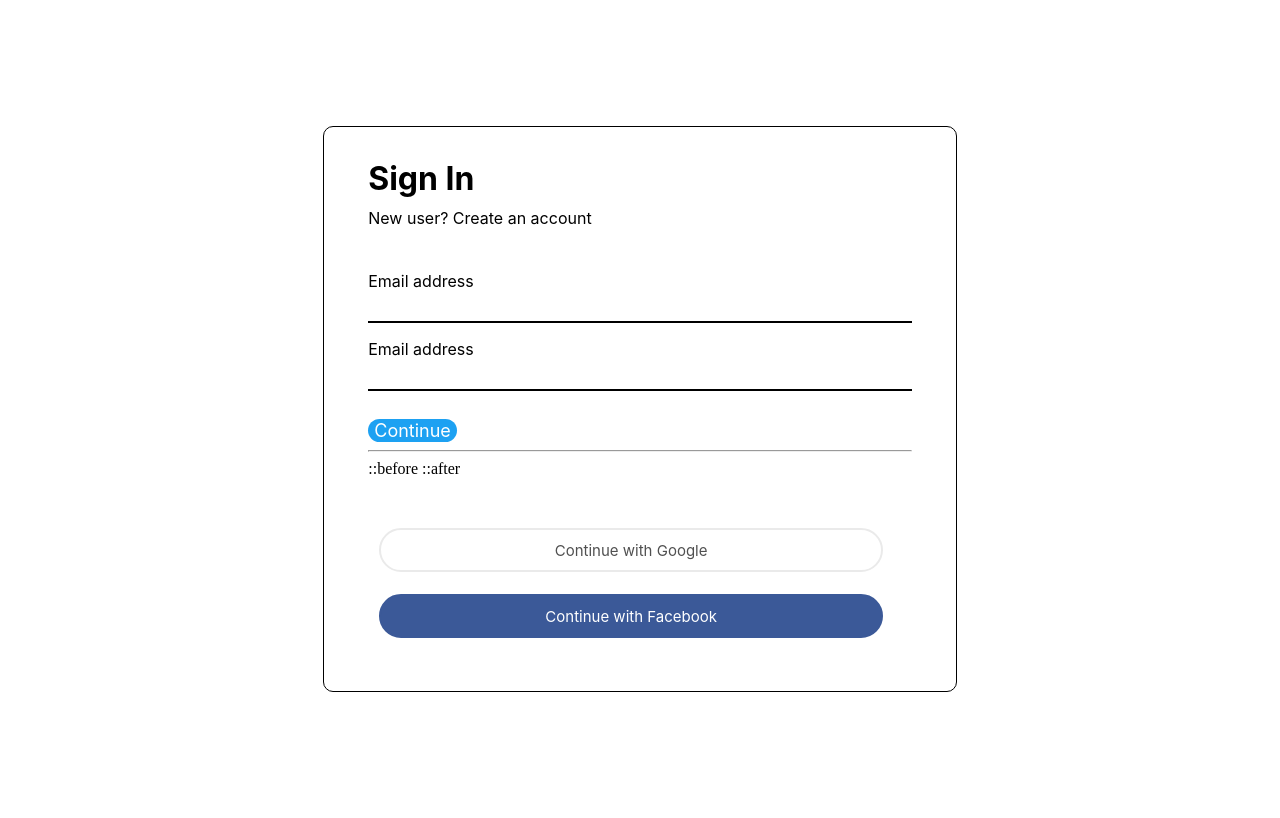
Repository: thangluu93/WereWolf
Page: Template/signIn.html
The author's editor kept a copy of each file at every save. The page is drawn from the files as they stood at one save, then again after the next save.
The browser window is 1280 px wide. The pictures show the whole page.

Above is the page before, as saved 2020-01-13 14:07:11.

### Template/signIn.html
<html>

<head>
    <title>Onion ID</title>
    <link rel="stylesheet" href="../Stylesheet/signInStyle.css">
</head>

<body id="body1">
    <div class="container" id="container1">
        <div class="containerBody" id="containerBody1">
            <div class="border" id="border1">
                <div class="content" id="content1">
                    <div class="contentHeader">
                        <h1 class="Heading">Sign In</h1>
                        <p class="subHead">New user? Create an account</p>
                    </div>
                    <div >
                        <div class="fieldContainer" >
                            <div >
                                <p style="margin-bottom: 0;"> Email address </p>
                                <input type="email" class="field">
                            </div>
                            <div >
                                <p style="margin-bottom: 0;"> Email address </p>
                                <input type="email" class="field">
                            </div>
                        </div>
                        <div class="emailContinue">
                            <button class="emailContinueBtn ">
                                <span>Continue</span>
                            </button>
                        </div>
                    </div>
                    <div class="contentFooter">
                        <hr data-content="or">
                        ::before
                        ::after
                        </hr>
                        <div class="socialSignIn" id="socialSignIn1">
                            <a href="" class="googleSignIn">
                                <!-- <svg viewBox="0 0 1152 1152" focusable="false" aria-hidden="true" role="img"
                                class="googleIconSvg">
                                <path
                                    d="M1055.994 594.42a559.973 559.973 0 0 0-8.86-99.684h-458.99V683.25h262.28c-11.298 60.918-45.633 112.532-97.248 147.089v122.279h157.501c92.152-84.842 145.317-209.78 145.317-358.198z"
                                    fill="#4285f4"></path>
                                <path
                                    d="M588.144 1070.688c131.583 0 241.9-43.64 322.533-118.07l-157.5-122.28c-43.64 29.241-99.463 46.52-165.033 46.52-126.931 0-234.368-85.728-272.691-200.919H152.636v126.267c80.19 159.273 245 268.482 435.508 268.482z"
                                    fill="#34a853"></path>
                                <path
                                    d="M315.453 675.94a288.113 288.113 0 0 1 0-185.191V364.482H152.636a487.96 487.96 0 0 0 0 437.724z"
                                    fill="#fbbc05"></path>
                                <path
                                    d="M588.144 289.83c71.551 0 135.792 24.589 186.298 72.88l139.78-139.779C829.821 144.291 719.504 96 588.143 96c-190.507 0-355.318 109.21-435.508 268.482L315.453 490.75c38.323-115.19 145.76-200.919 272.691-200.919z"
                                    fill="#ea4335"></path>
                            </svg> -->
                                <span>Continue with Google</span>
                            </a>
                            <a href="" class="facebookSignIn">
                                <!-- <svg viewBox="0 0 1152 1152" class="facebookIconSvg" aria-hidden="true" data-prefix="fab" data-icon="facebook-f"
                                role="img" xmlns="http://www.w3.org/2000/svg" viewBox="0 0 264 512" data-fa-i2svg="">
                                <path fill="currentColor"
                                    d="M76.7 512V283H0v-91h76.7v-71.7C76.7 42.4 124.3 0 193.8 0c33.3 0 61.9 2.5 70.2 3.6V85h-48.2c-37.8 0-45.1 18-45.1 44.3V192H256l-11.7 91h-73.6v229">
                                </path>
                            </svg> -->
                                <span>Continue with Facebook</span>

                            </a>

                        </div>
                    </div>
                </div>

            </div>
        </div>
    </div>
</body>

</html>

### Stylesheet/signInStyle.css
.containerBody{
    margin: 0;
    padding: 0;
    width: 100%;
}

#containerBody1{
  width: 100%;

}

#content1{

    display: flex;
    flex-direction: column;


}

.content{
    height: 90%;
    padding: 5% 7% 7% 7%;
}

.border{
    width: 50%;
    height: 80%;
}

#border1{
    border: 1px solid black;
    border-radius: 10px;   ;

    margin: 10% auto;
    justify-content: center;
    align-items: center;

}

.socialSignIn a{
    margin: 2%;
    width: 92%;
    height: 2.5rem;
    display: flex;
    align-items: center;
    justify-content: center;
    font-size: 15px;
}

.socialSignIn{
    margin-top: 2.5rem;
}

#socialSignIn1{
    display: flex;
    flex-direction: column;
}

.googleSignIn,.facebookSignIn,.twitterSignIn{
    border: 2px;
    border-style: solid;
    border-radius: 100px;
}

.subHead{
    margin: 10px 0 0 0;
}

.heading{
    margin: 0;
}

p {
    font-family: adobe-clean,"Source Sans Pro",-apple-system,BlinkMacSystemFont,"Segoe UI",Roboto,sans-serif;
}

h1{
    font-family: adobe-clean,"Source Sans Pro",-apple-system,BlinkMacSystemFont,"Segoe UI",Roboto,sans-serif;
    font-size: 32px;
}

span{
    font-family: adobe-clean,"Source Sans Pro",-apple-system,BlinkMacSystemFont,"Segoe UI",Roboto,sans-serif;
}

a{
    text-decoration: none;
}

.field{
    width: 100%;
    height: 2rem;
    margin:0;
    border-color: black;
    border-top: 0;
    border-left: 0;
    border-right: 0;
    border-bottom: 2px;
    border-style: solid;
    font-size: 16px;
    outline: none;
}

.fieldContainer{
    margin: 8% 0 5% 0;
}

.emailContinueBtn{
    border-radius: 100px;
    font-size: 18px;
    height: fit-content;
    width: fit-content;
    box-shadow: none;
    background-color: #1da1f2;
    color: white;
    border: none;
    outline: none;
}

.googleSignIn{
    border-color: #eaeaea;
    color: #505050;
}

.facebookSignIn{
    border-color:#3b5998;
    background-color: #3b5998;
    color: white;
}

.twitterSignIn{
    color: white;
    border-color: #1da1f2;
    background-color: #1da1f2;
}

After the next save:
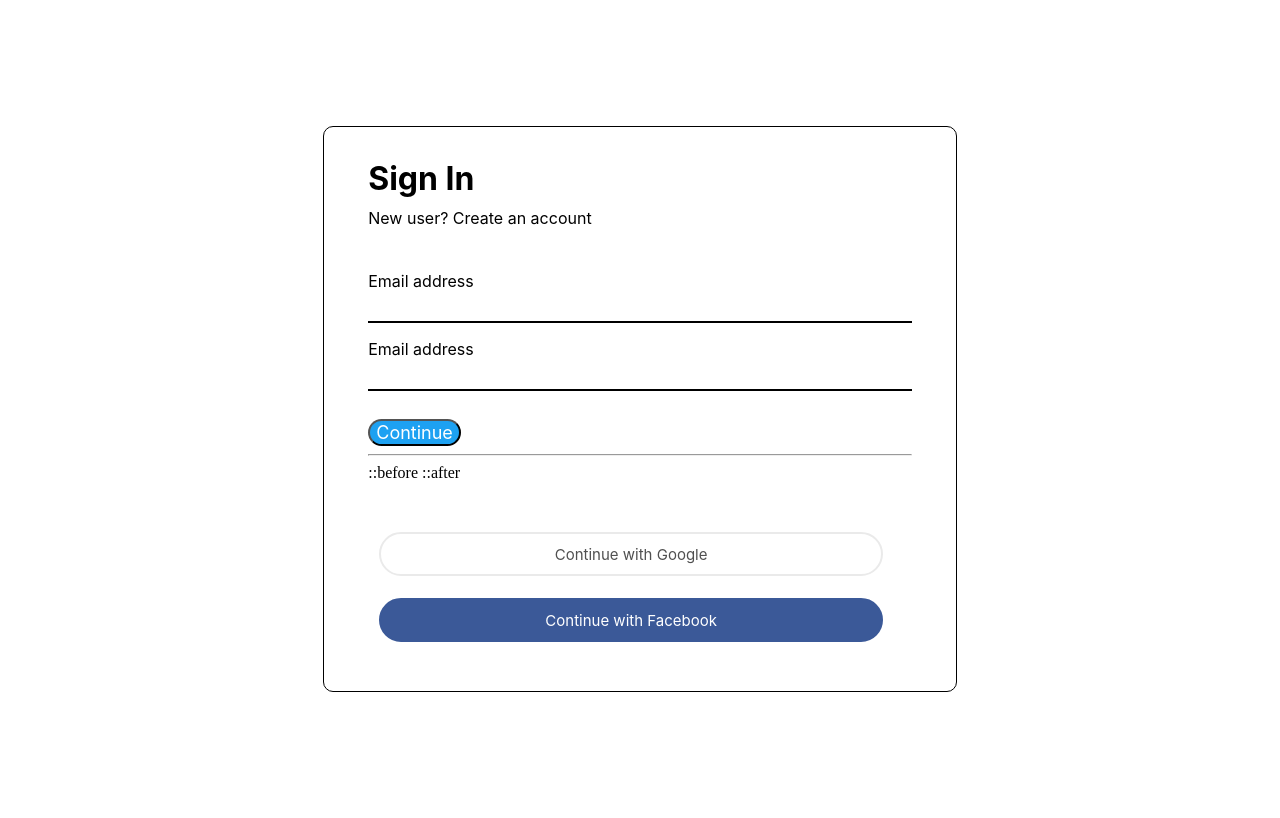
Saved 2 min 23 s later.
--- a/Stylesheet/signInStyle.css
+++ b/Stylesheet/signInStyle.css
@@ -113,8 +113,8 @@
     box-shadow: none;
     background-color: #1da1f2;
     color: white;
-    border: none;
     outline: none;
+
 }
 
 .googleSignIn{

After the save that followed:
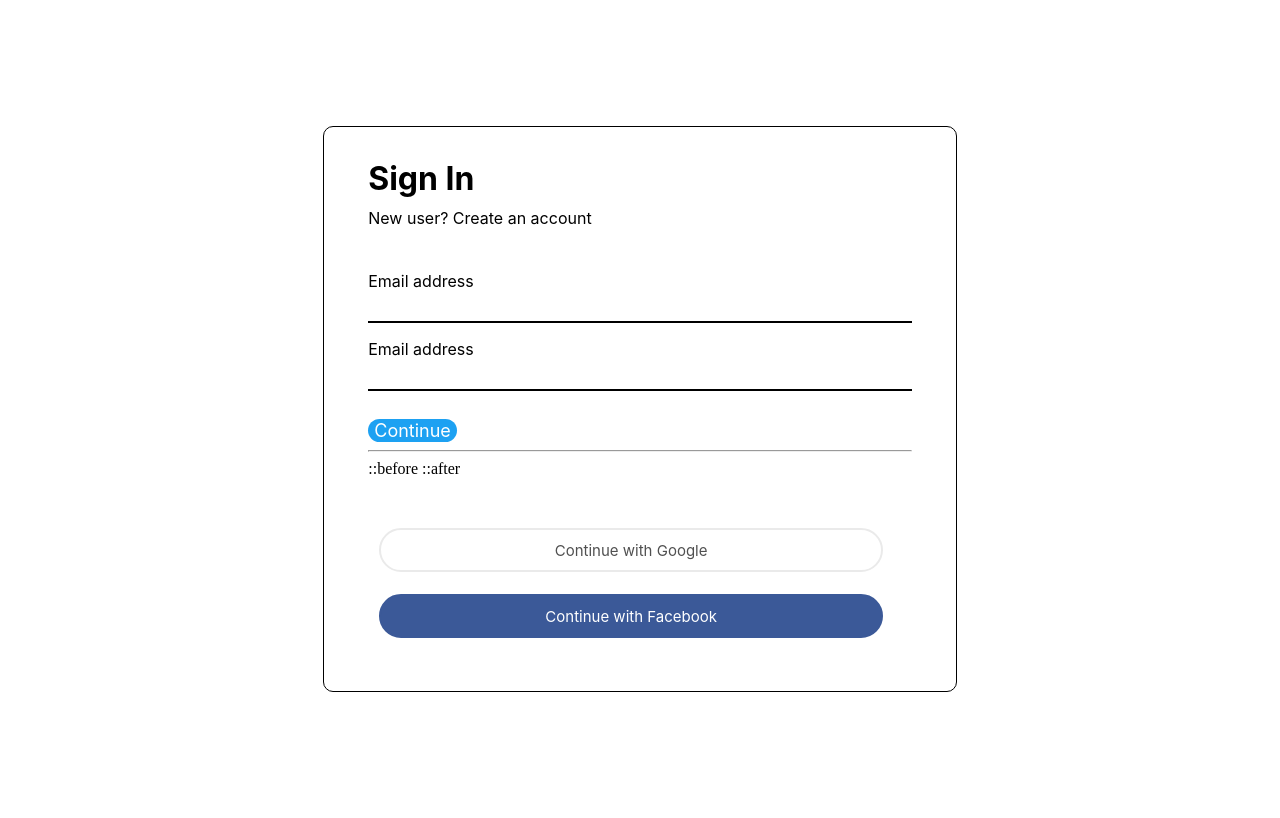
Saved 17 s later.
--- a/Stylesheet/signInStyle.css
+++ b/Stylesheet/signInStyle.css
@@ -113,7 +113,11 @@
     box-shadow: none;
     background-color: #1da1f2;
     color: white;
+    border: none;
     outline: none;
+    display: flex;
+    align-items: flex-end;
+    flex-direction: column;
 
 }
 
